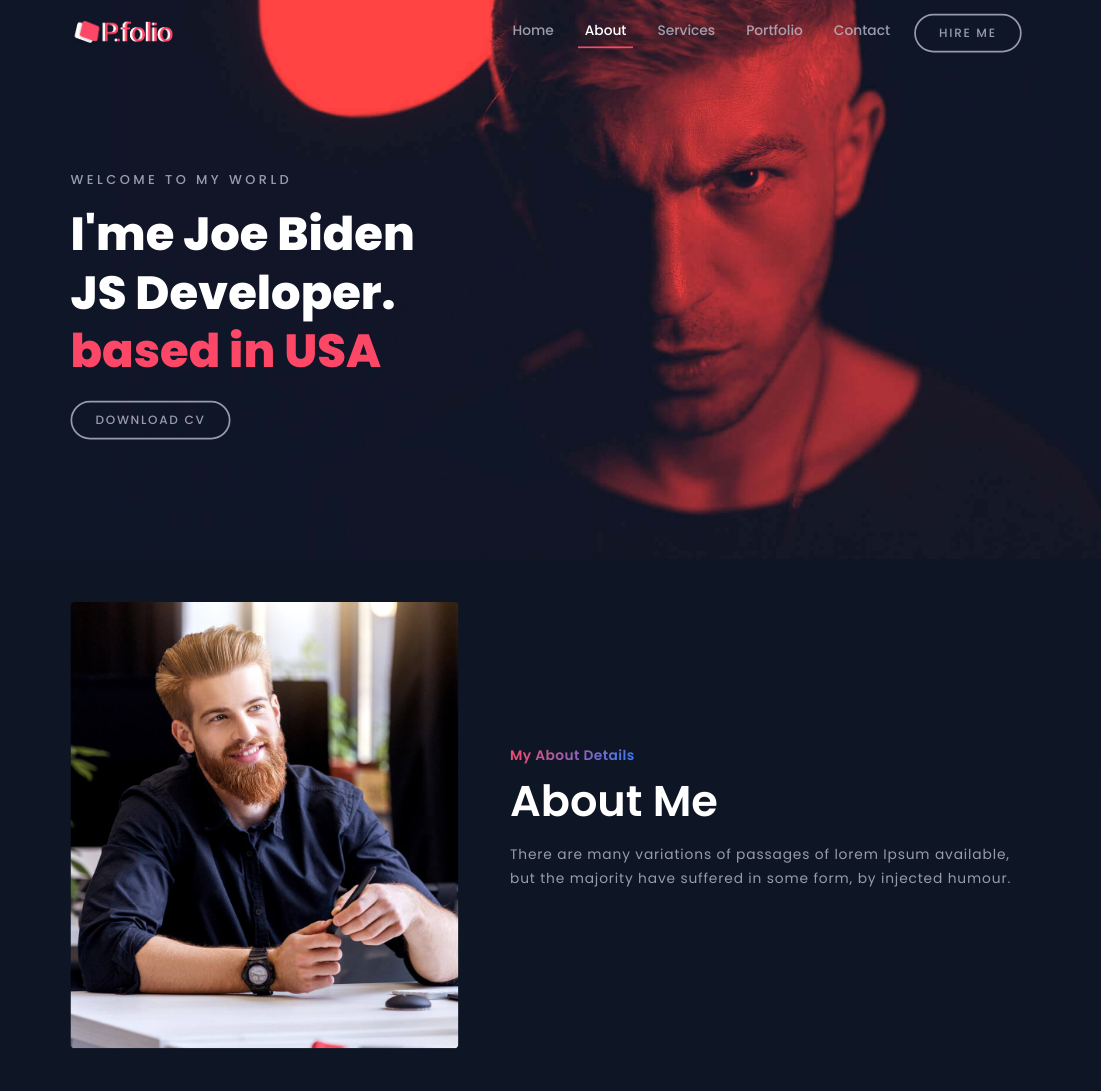
Repository: wadelfadill/Bootstrap_tache_3_responsive_portfolio
Page: index.html
An editor plug-in stored every save of this project. The page is shown before and after the next save, followed by the edit.
The browser window is 1280 px wide. The pictures show the whole page, at 86% of full size.
Backgrounds fixed to the window are drawn as part of the page. Some web libraries are served in a nearby version.

Above is the page before, as saved 2023-04-11 09:36:02.

After the next save:
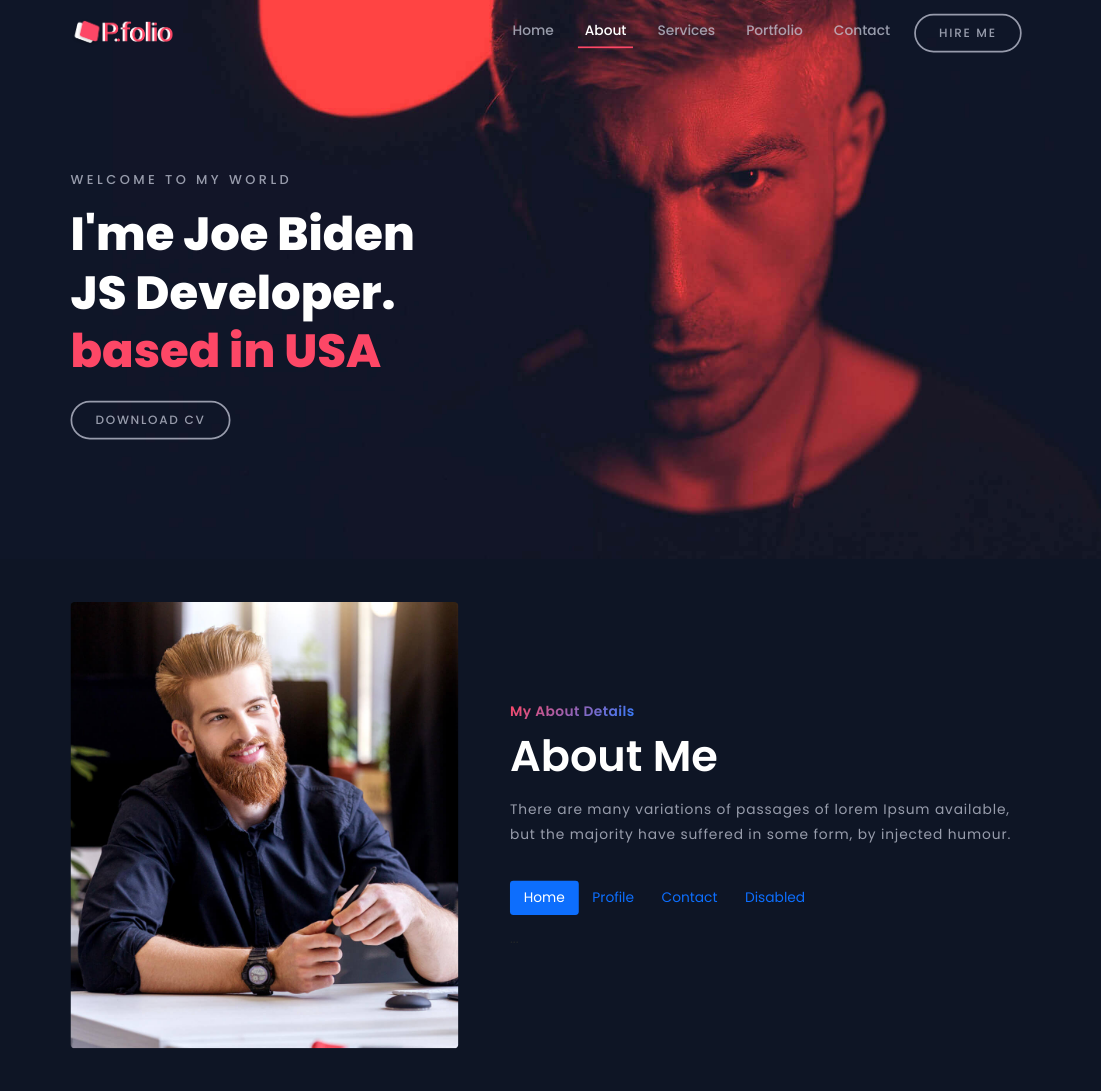
Saved 9 min 56 s later.
--- a/index.html
+++ b/index.html
@@ -90,6 +90,28 @@
                       <p>There are many variations of passages of lorem Ipsum available, but the majority have
                         suffered in some form, by injected humour.</p>
                     </div>
+                    <div class="pt-4">
+                      <ul class="nav nav-pills mb-3" id="pills-tab" role="tablist">
+                        <li class="nav-item" role="presentation">
+                          <button class="nav-link active" id="pills-home-tab" data-bs-toggle="pill" data-bs-target="#pills-home" type="button" role="tab" aria-controls="pills-home" aria-selected="true">Home</button>
+                        </li>
+                        <li class="nav-item" role="presentation">
+                          <button class="nav-link" id="pills-profile-tab" data-bs-toggle="pill" data-bs-target="#pills-profile" type="button" role="tab" aria-controls="pills-profile" aria-selected="false">Profile</button>
+                        </li>
+                        <li class="nav-item" role="presentation">
+                          <button class="nav-link" id="pills-contact-tab" data-bs-toggle="pill" data-bs-target="#pills-contact" type="button" role="tab" aria-controls="pills-contact" aria-selected="false">Contact</button>
+                        </li>
+                        <li class="nav-item" role="presentation">
+                          <button class="nav-link" id="pills-disabled-tab" data-bs-toggle="pill" data-bs-target="#pills-disabled" type="button" role="tab" aria-controls="pills-disabled" aria-selected="false" disabled>Disabled</button>
+                        </li>
+                      </ul>
+                      <div class="tab-content" id="pills-tabContent">
+                        <div class="tab-pane fade show active" id="pills-home" role="tabpanel" aria-labelledby="pills-home-tab" tabindex="0">...</div>
+                        <div class="tab-pane fade" id="pills-profile" role="tabpanel" aria-labelledby="pills-profile-tab" tabindex="0">...</div>
+                        <div class="tab-pane fade" id="pills-contact" role="tabpanel" aria-labelledby="pills-contact-tab" tabindex="0">...</div>
+                        <div class="tab-pane fade" id="pills-disabled" role="tabpanel" aria-labelledby="pills-disabled-tab" tabindex="0">...</div>
+                      </div>
+                    </div>
                   </div>
               </div>
             </div>
